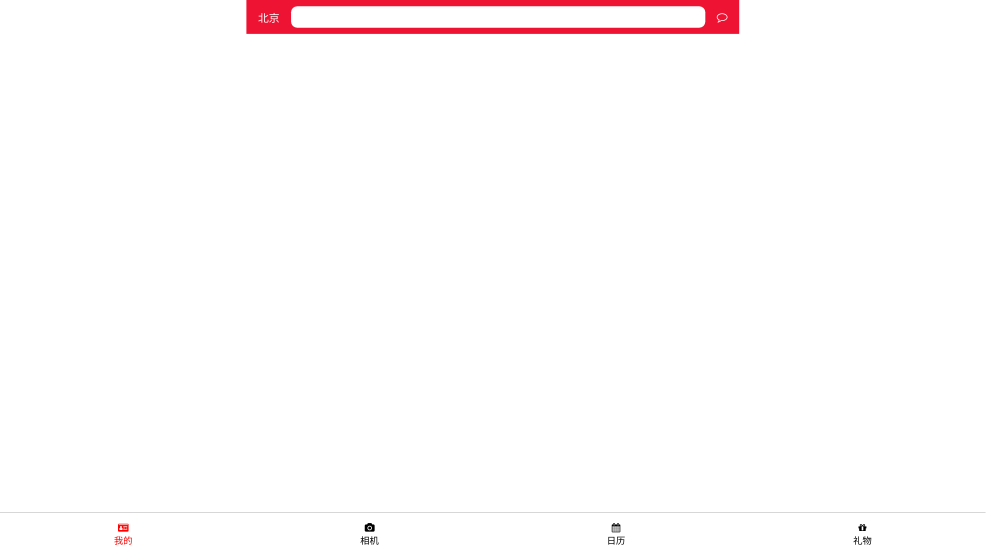
Repository: zhenzhen-gong/flextContent
Page: index.html
These files come from the project's save history. The page is drawn as it stood at one moment and after the next save; the edit follows.
The browser window is 1280 px wide. The pictures show the whole page, at 77% of full size.

Above is the page before, as saved 2020-06-18 17:29:52.

After the next save:
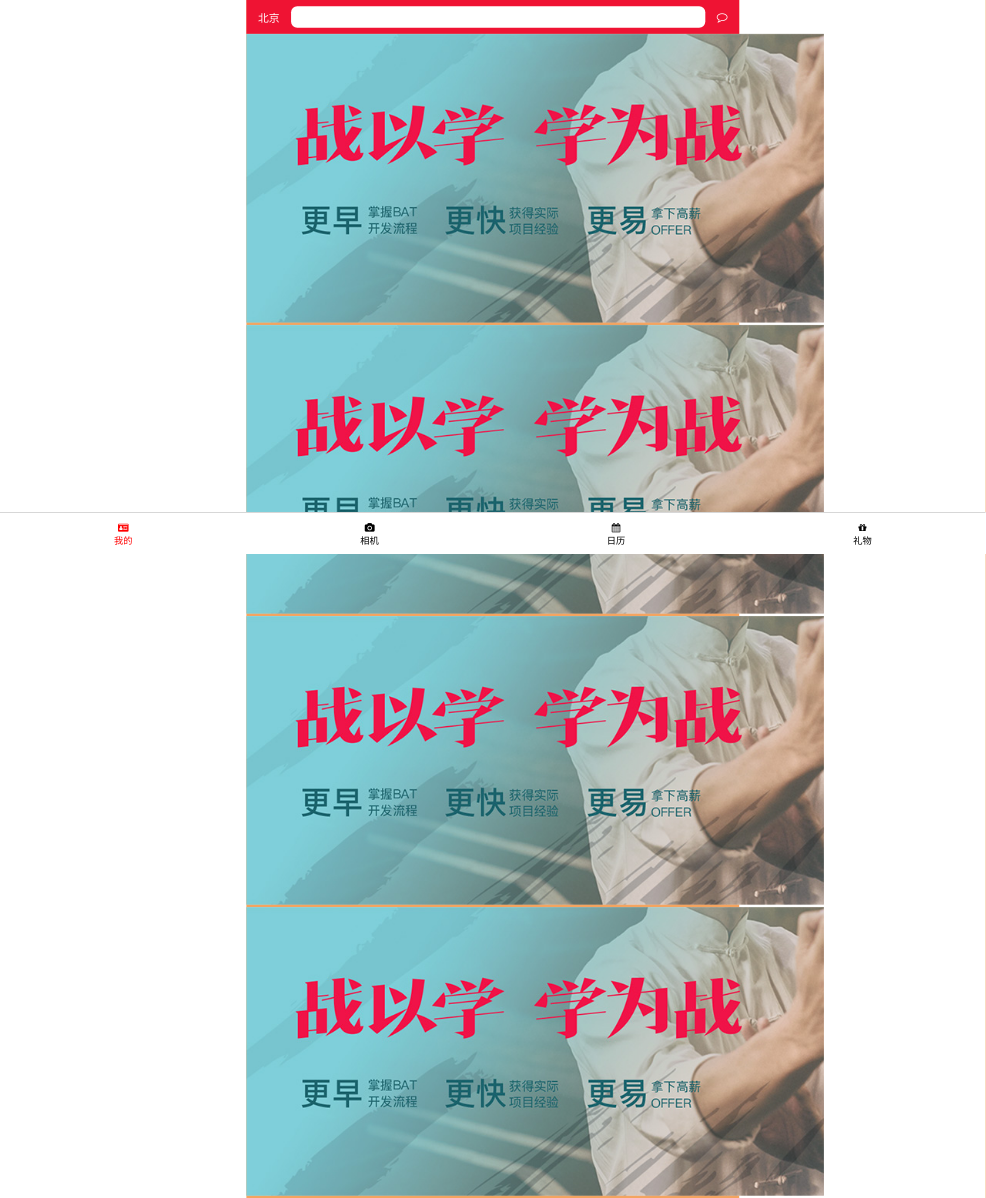
Saved 7 min 46 s later.
--- a/index.html
+++ b/index.html
@@ -20,6 +20,10 @@
         </header>
         <section>
             <div class="imgBox">
+                <div><img src="img/banner1.jpg" alt="图片加载失败"></div>
+                <div><img src="img/banner1.jpg" alt="图片加载失败"></div>
+                <div><img src="img/banner1.jpg" alt="图片加载失败"></div>
+                <div><img src="img/banner1.jpg" alt="图片加载失败"></div>
 
             </div>
             <div class="imgCircle">
